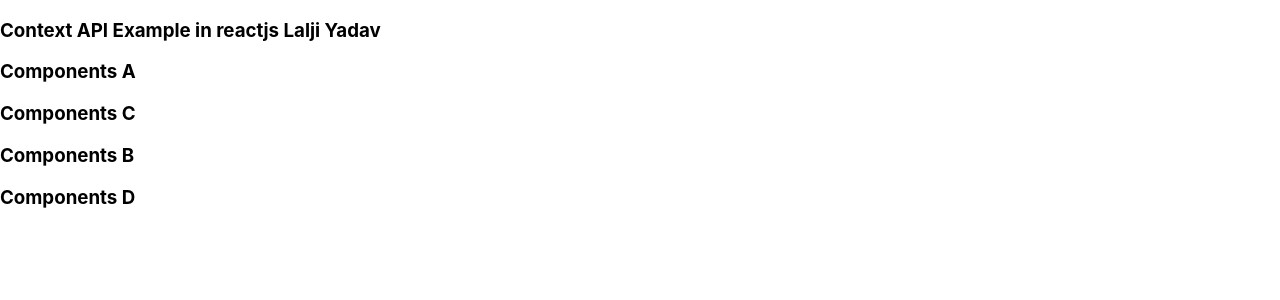
Repository: lalji-yadav/React-Context-API
Page: /
The author's editor kept a copy of each file at every save. The page is drawn from the files as they stood at one save, then again after the next save.
The browser window is 1280 px wide. The pictures show the whole page.
The project was rebuilt for these pictures with package versions that can differ from the ones it lists, and the page was loaded fresh each time. Also part of the build but not shown: src/App.css.

Above is the page before, as saved 2021-02-09 16:38:20.

### src/App.js
import { useState } from 'react';
import './App.css';
import A from "./components/A";
import B from "./components/B";

function App() {

  const [data, setData] = useState({
    name: "Lalji Yadav"
  })

  return (
    <div>
      <h3> Context API Example in reactjs {data.name} </h3>

      <A />
      <B />

    </div>
  );
}

export default App;

### src/components/A.js
import React from 'react';
import C from "./C";

const A = () => {
    return (
        <div>
             <h3> Components A </h3>
             <C />
        </div>
    );
};

export default A;

### src/components/B.js
import React from 'react';
import D from "./D";

const B = () => {
    return (
        <div>
             <h3> Components B </h3>
             <D />
        </div>
    );
};

export default B;

### src/components/C.js
import React from 'react';

const C = () => {
    return (
        <div>
             <h3> Components C </h3>
        </div>
    );
};

export default C;

### src/components/D.js
import React from 'react';

const D = () => {
    return (
        <div>
            <h3> Components D </h3>
        </div>
    );
};

export default D;

Loaded but not shown: public/index.html (common file); src/index.js (common file); src/index.css (common file); src/reportWebVitals.js (common file)

After the next save:
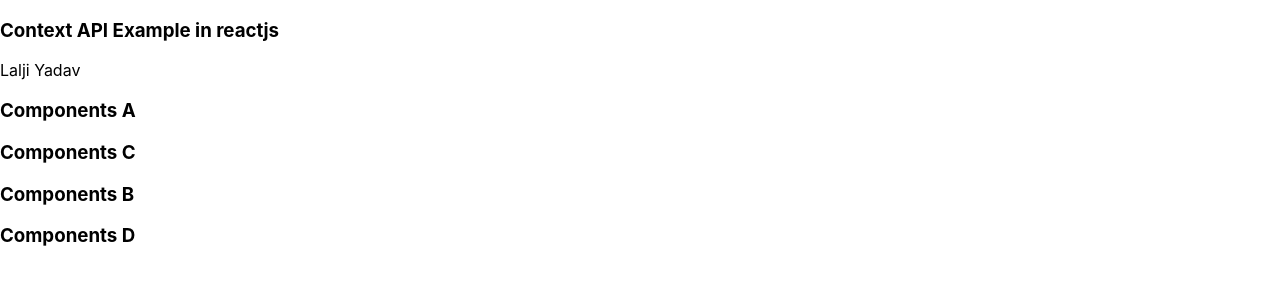
Saved 22 s later.
--- a/src/App.js
+++ b/src/App.js
@@ -11,7 +11,8 @@ function App() {
 
   return (
     <div>
-      <h3> Context API Example in reactjs {data.name} </h3>
+      <h3> Context API Example in reactjs  </h3>
+      <p> {data.name} </p>
 
       <A />
       <B />
